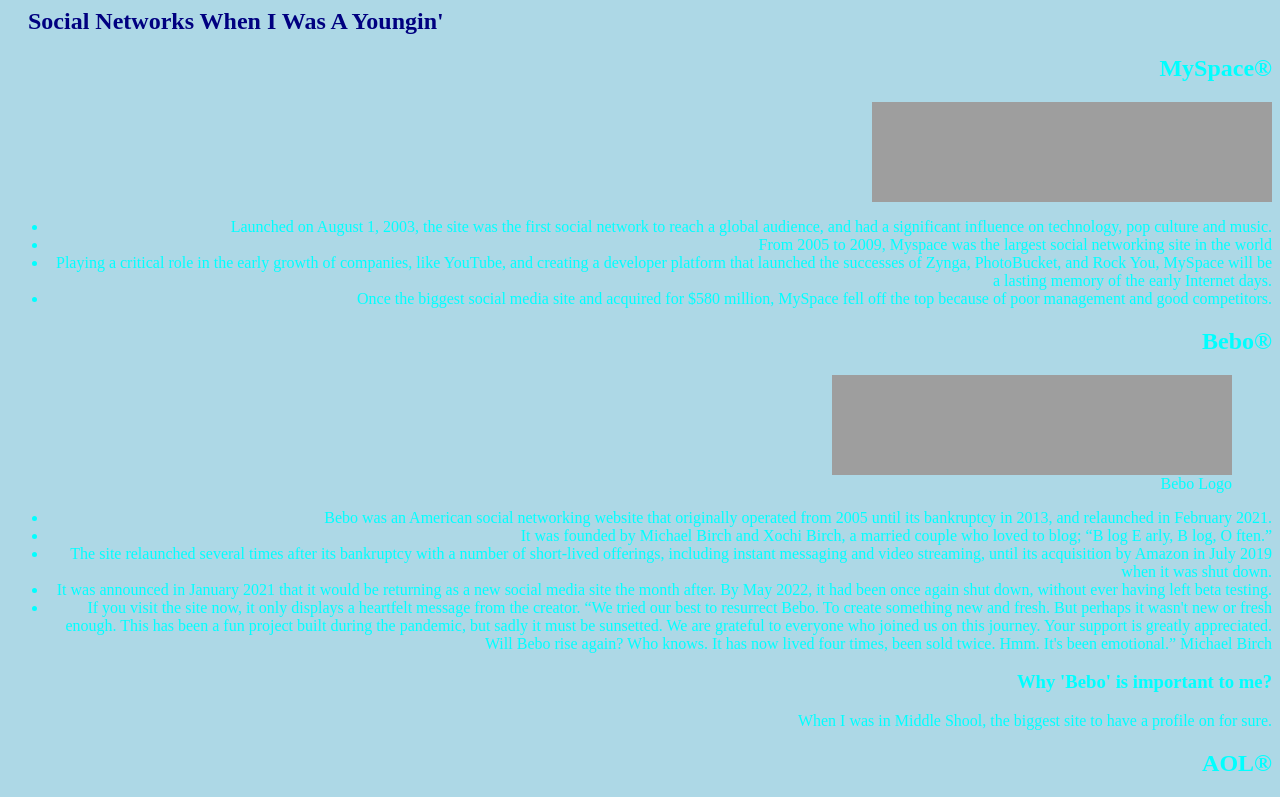
Repository: AndrewGrantt/LC101
Page: LC101/js-assignment-4-html-me-something-buffylow/index.html
An editor plug-in stored every save of this project. The page is shown before and after the next save, followed by the edit.
The browser window is 1280 px wide. The pictures show the part of the page from y = 0 to 797 px (the page is 1335 px tall).
Pictures or frames that could not be fetched are drawn as grey boxes.

Above is the page before, as saved 2022-07-15 06:02:11.

### LC101/js-assignment-4-html-me-something-buffylow/index.html
<html>
<head>
<title>SOCIAL NETWORKS FOR THE AGES</title>
<link rel="stylesheet" href="styles.css">
</head>
<body>

<article class="all-sites">
  <h1>Social Networks When I Was A Youngin'</h1>
  <article class="sites">

    <h2>MySpace&reg;</h2>
    <img src="/images/MySpace_logo.jpg" alt="MySpace Logo 2004-2010" width="400" height="100">
    <p>
     <ul>
      <li>Launched on August 1, 2003, the site was the first social network to reach a global audience, and had a significant influence on technology, pop culture and music.</li>

      <li>From 2005 to 2009, Myspace was the largest social networking site in the world</li>

      <li>Playing a critical role in the early growth of companies, like YouTube, and creating a developer platform that launched the successes of Zynga, PhotoBucket, and Rock You, MySpace will be a lasting memory of the early Internet days. </li>

      <li> Once the biggest social media site and acquired for $580 million, MySpace fell off the top because of poor management and good competitors. </li>
     </ul>
   </p>

  </article>

  <article class="sites">
    <h2>Bebo&reg;</h2>
    <figure>
      <img src="/images/bebo.jpg" alt="Bebo Logo" width="400" height="100">
      <figcaption>Bebo Logo</a></figcaption>
   </figure>
    <p>
    <ul>
      <li>Bebo was an American social networking website that originally operated from 2005 until its bankruptcy in 2013, and relaunched in February 2021.</li>
          <li>It was founded by Michael Birch and Xochi Birch, a married couple who loved to blog;
          “B log E arly, B log, O ften.” </li>
      <li>The site relaunched several times after its bankruptcy with a number of short-lived offerings, including instant messaging and video streaming, until its acquisition by Amazon in July 2019 when it was shut down. </li>
      <li>It was announced in January 2021 that it would be returning as a new social media site the month after. By May 2022, it had been once again shut down, without ever having left beta testing. </li>
     <li> If you visit the site now, it only displays a heartfelt message from the creator.


      “We tried our best to resurrect Bebo.
      To create something new and fresh.
      But perhaps it wasn't new or fresh enough.
      This has been a fun project built during the pandemic, but sadly it must be sunsetted. We are grateful to everyone who joined us on this journey. Your support is greatly appreciated.
      Will Bebo rise again?
      Who knows. It has now lived four times, been sold twice. Hmm.
      It's been emotional.”

      Michael Birch</li>
   </ul>
   </p>
      <h3> Why 'Bebo' is important to me?</h3>
      <p>
         When I was in Middle Shool, the biggest site to have a profile on for sure.
      </p>
  </article>
  <article class="sites">
    <h2>AOL&reg;</h2>
    <img src="/images/AOL.jpg" alt="AOL Logo" width="500" height="300">
    <p> <ul>
      <li>Aol., originally known as America Online,is an American web portal and online service provider based in New York City.</li>
      <li>It is a brand marketed by the current Yahoo Inc.</li>
      <li>The company grew to become the largest online service, displacing established players like CompuServe and The Source. </li>
      <li>By 1995, there were about three million active users.</li>
      <li>AOL was one of the early pioneers of the Internet in the mid-1990s, and the most recognized brand on the web in the United States. It originally provided a dial-up service to millions of Americans, pioneered instant messaging, and in 1993 began adding internet access.</li>
       <li>The popularity rapidly shrank thereafter, partly due to the decline of dial-up and rise of broadband.</li>
      <li>Eventually, the company was spun off from Time Warner in 2009.</li>
      <li>June 23, 2015,Verizon Communications bought AOL was acquired for $4.4 billion.</li>
      <li>On May 3, 2021, Verizon announced it would sell Yahoo and AOL to private equity firm Apollo Global Management for $5 billion.</li>
      </ul>
      </p>
  </article>
</article>
<footer>
   I CAN'T FORGET ABOUT THE SITES THAT MADE US

  --- &copy; Andrew 'BuffyLow' Grant---
</footer>
</body>
</html>

### LC101/js-assignment-4-html-me-something-buffylow/styles.css

body {
    background-color: lightblue;
  }

  h1 {
    color: navy;
    margin-left: 20px;
  }
    .sites {
    color: aqua;
    text-align: right;
  }

After the next save:
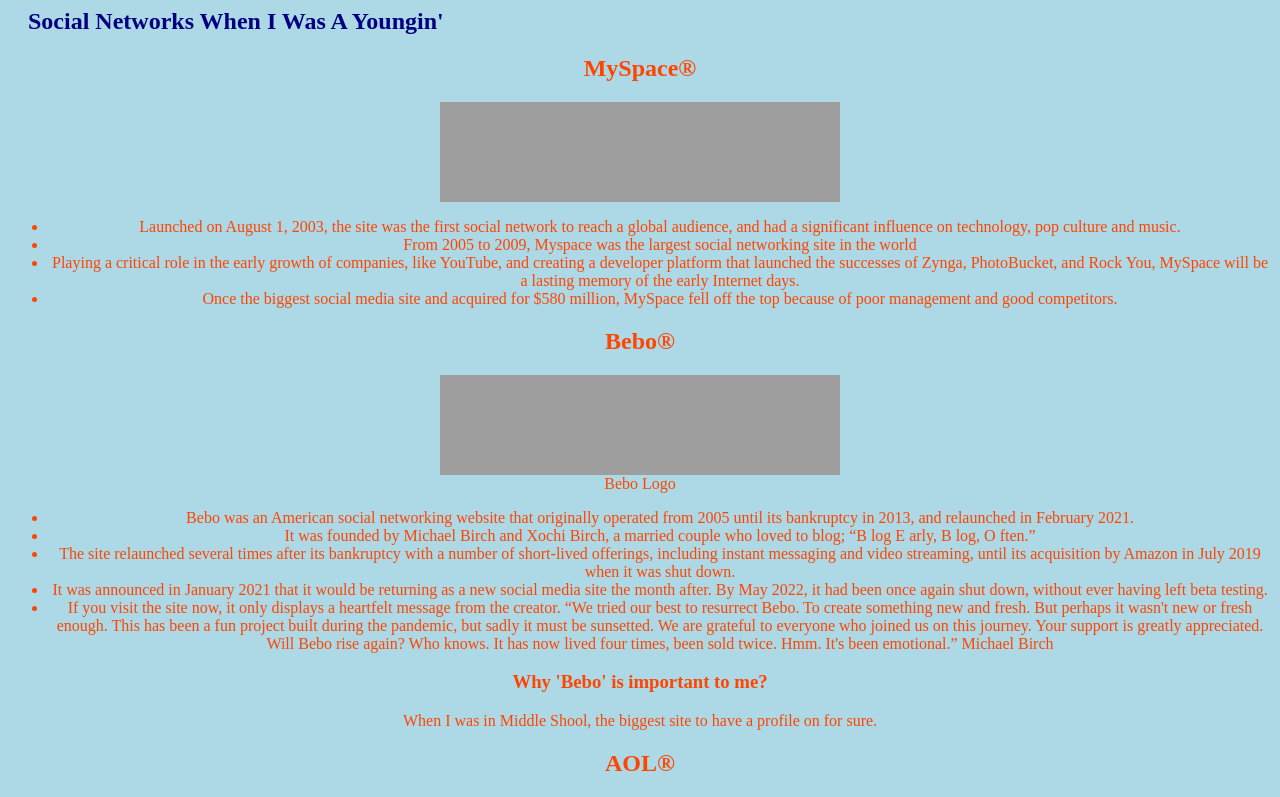
Saved 49 s later.
--- a/LC101/js-assignment-4-html-me-something-buffylow/styles.css
+++ b/LC101/js-assignment-4-html-me-something-buffylow/styles.css
@@ -8,6 +8,6 @@
     margin-left: 20px;
   }
     .sites {
-    color: aqua;
-    text-align: right;
+    color: orangered;
+    text-align: center;
   }
